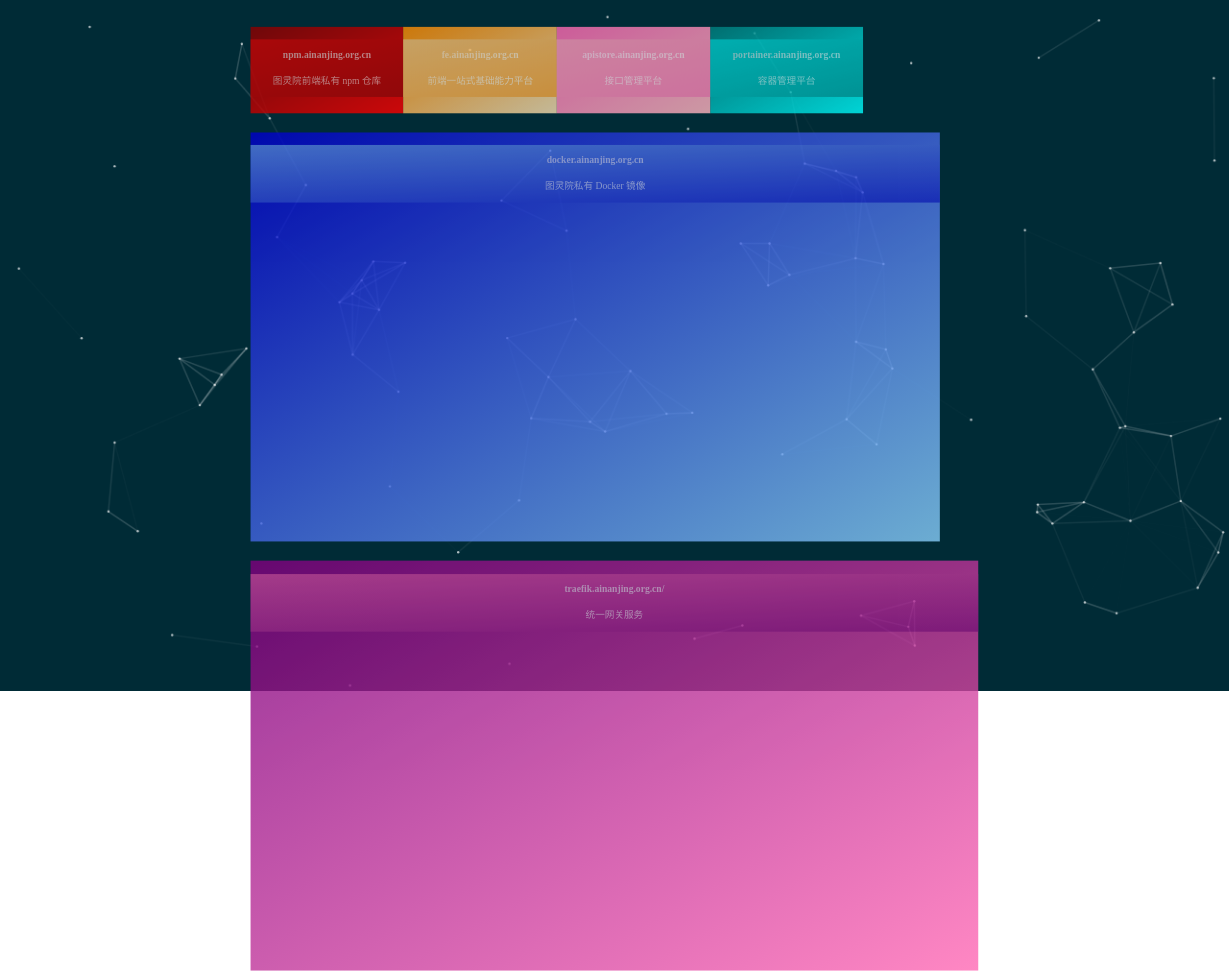
Repository: heweiwei1/portainer
Page: index.html
These files come from the project's save history. The page is drawn as it stood at one moment and after the next save; the edit follows.
The browser window is 1280 px wide. The pictures show the whole page, at 96% of full size.

Above is the page before, as saved 2021-04-14 14:14:21.

After the next save:
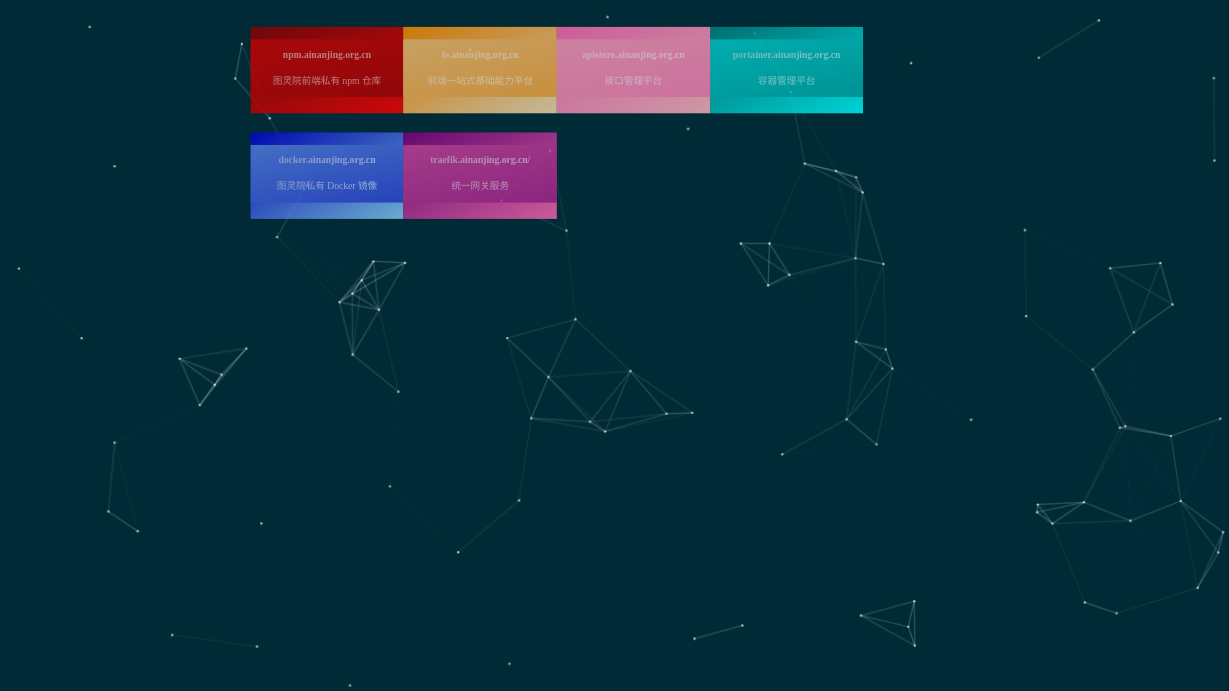
Saved 22 s later.
--- a/index.html
+++ b/index.html
@@ -42,20 +42,22 @@
           </div>
       </a>
     </div>
-    <div class="box"></div>
-    <a class="demo1 demo-5" href="https://docker.ainanjing.org.cn">
-        <div class="trans">
-          <h4>docker.ainanjing.org.cn</h4>
-          <p>图灵院私有 Docker 镜像</p>
-        </div>
-    </a>
-    <div class="box"></div>
-    <a class="demo1 demo-6" href="https://traefik.ainanjing.org.cn/">
-        <div class="trans">
-          <h4>traefik.ainanjing.org.cn/</h4>
-          <p>统一网关服务</p>
-        </div>
-    </a>
+    <div class="box">
+      <a class="demo1 demo-5" href="https://docker.ainanjing.org.cn">
+          <div class="trans">
+            <h4>docker.ainanjing.org.cn</h4>
+            <p>图灵院私有 Docker 镜像</p>
+          </div>
+      </a>
+    </div>
+    <div class="box">
+      <a class="demo1 demo-6" href="https://traefik.ainanjing.org.cn/">
+          <div class="trans">
+            <h4>traefik.ainanjing.org.cn/</h4>
+            <p>统一网关服务</p>
+          </div>
+      </a>
+    </div>
   </div>
 </body>
 </html>
